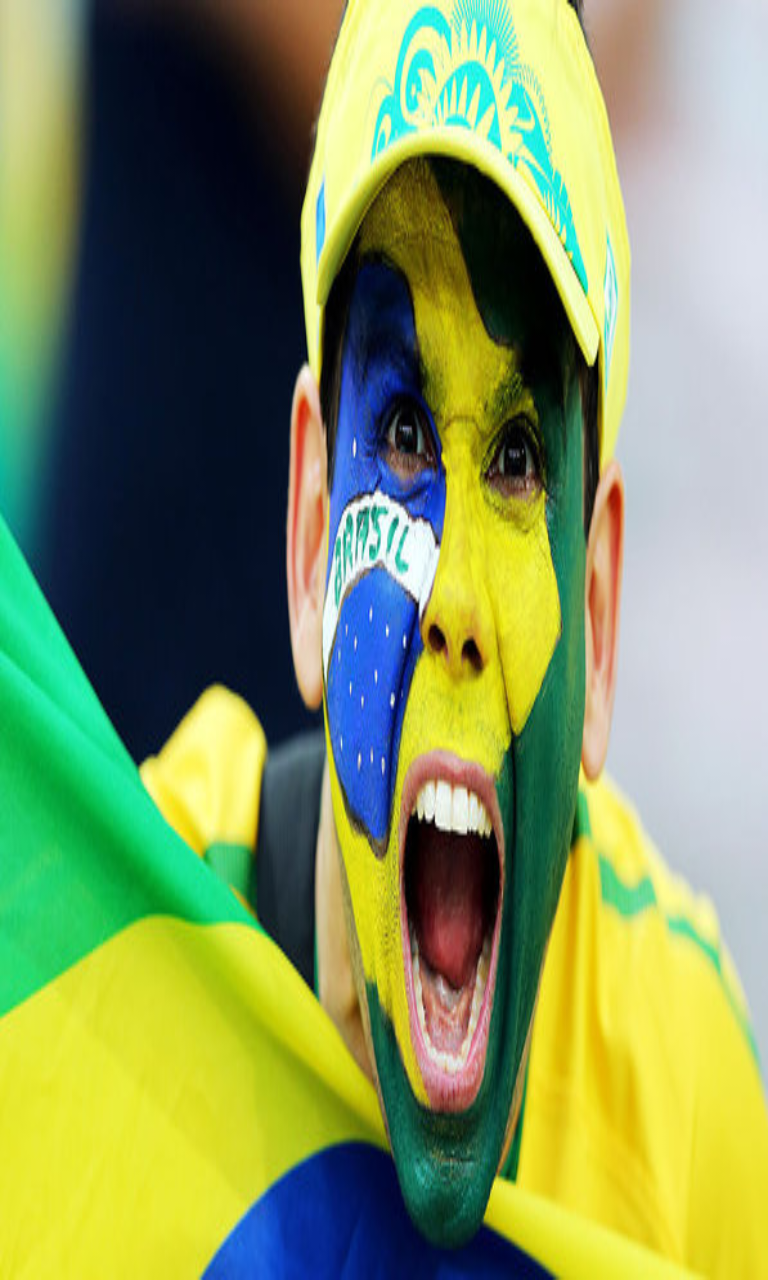
Repository: wellingtondessuy/AppLearning
Layout: HappyApp/res/layout/fragment_1.xml
The author's editor kept a copy of each file at every save. The layout is drawn from the files as they stood at one save, then again after the next save.
It is drawn on a 768 x 1280 px phone screen (xhdpi) without system bars, with theme AppTheme; the app's code is not run.

Above is the layout before, as saved 2015-05-22 13:24:22.

### HappyApp/res/layout/fragment_1.xml
<RelativeLayout xmlns:android="http://schemas.android.com/apk/res/android"
    xmlns:tools="http://schemas.android.com/tools"
    android:layout_width="match_parent"
    android:layout_height="match_parent"
    android:paddingBottom="@dimen/activity_vertical_margin"
    android:paddingLeft="@dimen/activity_horizontal_margin"
    android:paddingRight="@dimen/activity_horizontal_margin"
    android:paddingTop="@dimen/activity_vertical_margin"
    android:background="@drawable/back_1"
    android:alpha="10"
    tools:context="com.example.happyapp.MainActivity$PlaceholderFragment" >

</RelativeLayout>

Loaded but not shown: HappyApp/res/values/styles.xml (common file); HappyApp/res/values-v11/styles.xml (common file); HappyApp/res/values-v14/styles.xml (common file); HappyApp/res/values/dimens.xml (common file); HappyApp/res/values-w820dp/dimens.xml (common file)

After the next save:
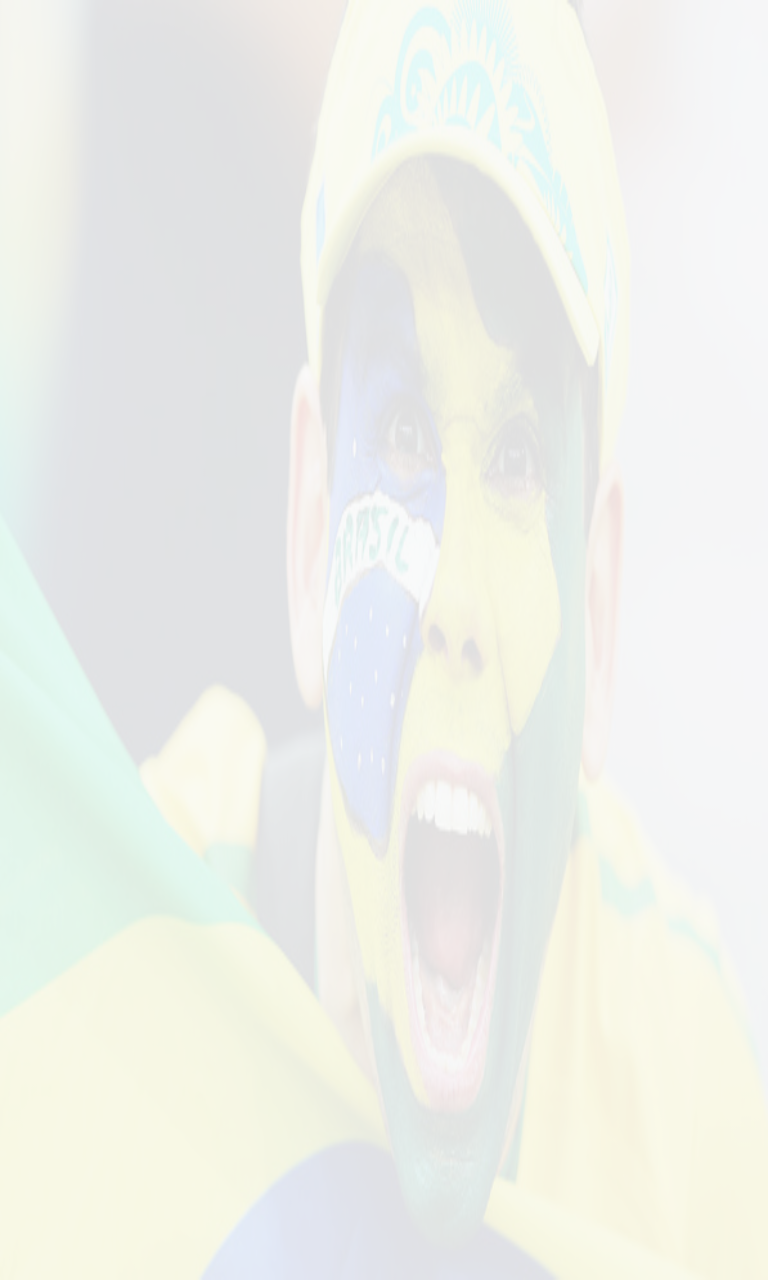
Saved 12 s later.
--- a/HappyApp/res/layout/fragment_1.xml
+++ b/HappyApp/res/layout/fragment_1.xml
@@ -7,7 +7,7 @@
     android:paddingRight="@dimen/activity_horizontal_margin"
     android:paddingTop="@dimen/activity_vertical_margin"
     android:background="@drawable/back_1"
-    android:alpha="10"
+    android:alpha="0.1"
     tools:context="com.example.happyapp.MainActivity$PlaceholderFragment" >
 
 </RelativeLayout>
